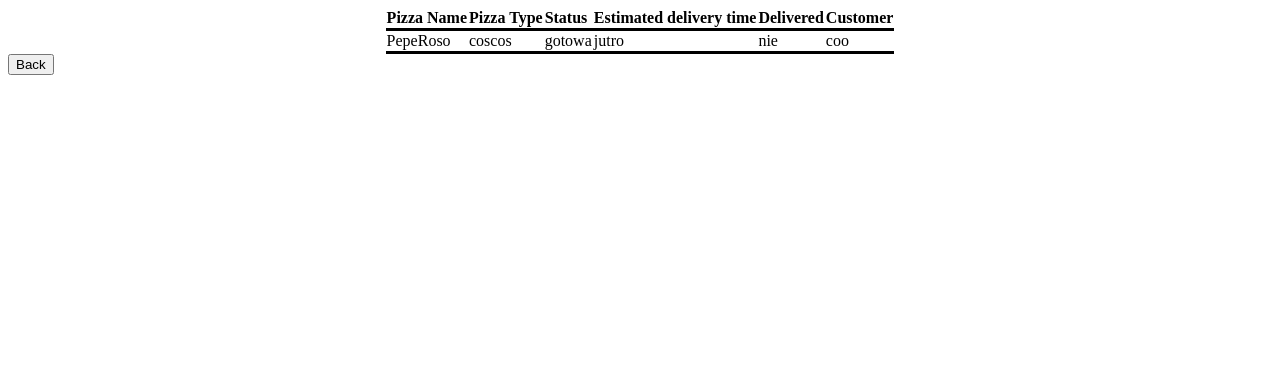
Repository: wisni4k/html-trainee
Page: testWeb/WebContent/OrdersList.html
The author's editor kept a copy of each file at every save. The page is drawn from the files as they stood at one save, then again after the next save.
The browser window is 1280 px wide. The pictures show the whole page.

Above is the page before, as saved 2015-07-10 13:17:09.

After the next save:
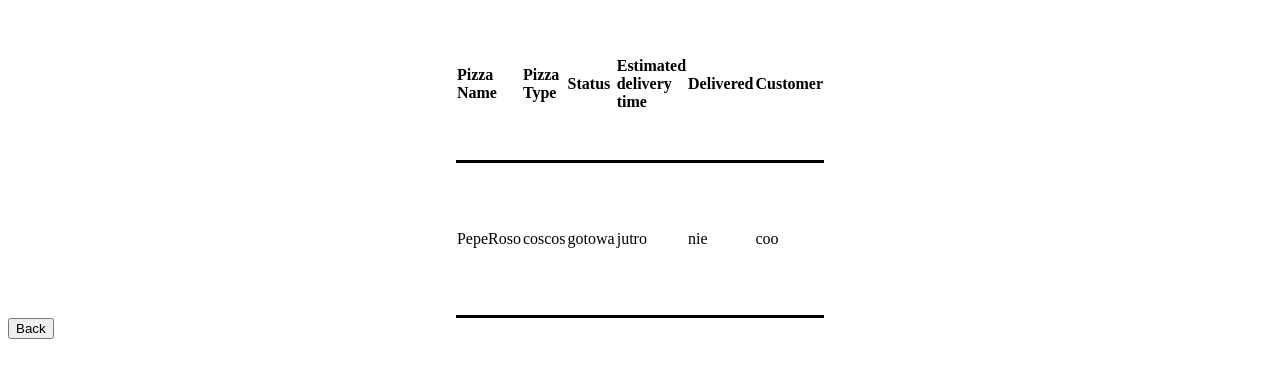
Saved 38 s later.
--- a/testWeb/WebContent/TableStyle.css
+++ b/testWeb/WebContent/TableStyle.css
@@ -5,4 +5,6 @@ table ,td{
 	border-bottom-style: solid;
 	margin-left: auto;
 	margin-right: auto;
+	width:150px;
+	height: 150px;
 }
